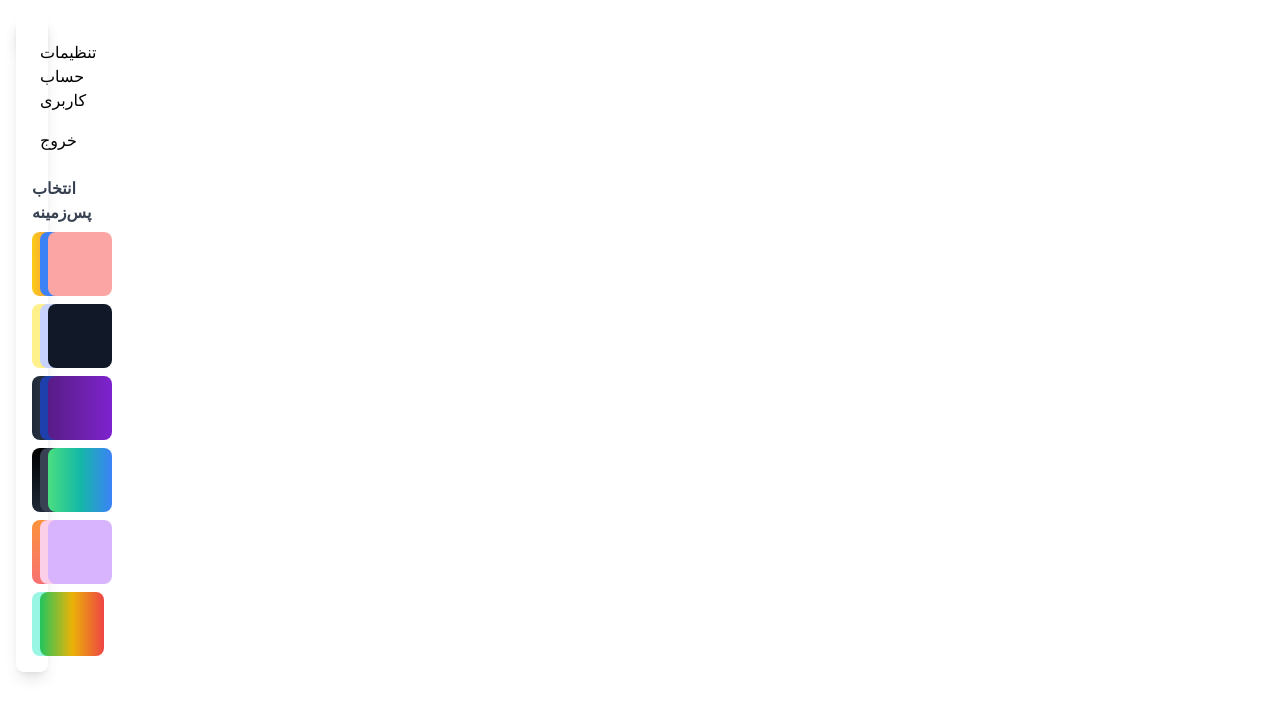
Repository: spnovaa/work-hive
Page: / (app in front_end/), after clicking the first element matching `div.z-0`
An editor plug-in stored every save of this project. The page is shown before and after the next save, followed by the edit.
The browser window is 1280 px wide. The pictures show the whole page.
The project was rebuilt for these pictures with package versions that can differ from the ones it lists, and the page was loaded fresh each time. Also part of the build but not shown: front_end/src/api/auth.js, front_end/src/pages/login.jsx, front_end/src/pages/registration.jsx.

Above is the page before, as saved 2025-01-16 15:25:45.

### front_end/src/index.js
import React from 'react';
import ReactDOM from 'react-dom/client'; // Import from 'react-dom/client' for React 18+
import './styles/globals.css';
import App from './App';

// Create a root element for rendering the React application
const root = ReactDOM.createRoot(document.getElementById('root'));

// Use the new `render` method for React 18+
root.render(
  <React.StrictMode>
    <App />
  </React.StrictMode>
);

### front_end/src/App.jsx
import React from 'react';
import { BrowserRouter as Router, Routes, Route } from 'react-router-dom';
import Login from './pages/login';
import Registration from './pages/registration';
import Home from './pages/home';

function App() {
  return (
    <Router>
      <Routes>
        <Route path="/login" element={<Login />} />
        <Route path="/register" element={<Registration />} />
        <Route path="/" element = {<Home/>}/>
      </Routes>
    </Router>
  );
}

export default App;

### front_end/src/pages/home.jsx
import React, { useState } from 'react';
import ProfileSection from '../components/profile/profileSection';

function Home() {
  const [background, setBackground] = useState('bg-white');
  const handleBackgroundChange = (bg) => {
    setBackground(bg);
  };
  return (
    <div className={`h-screen ${background} p-4`}>
      <div className="absolute top-4 left-4">
        <ProfileSection
          name="عطا موثقی"
          greeting="ظهر بخیر!"
          date="پنج‌شنبه ۲۷ دی"
          onBackgroundChange={handleBackgroundChange}
        />
      </div>
    </div>
  );
}

export default Home;

### front_end/src/components/profile/profileSection.jsx
import React, { useState, useEffect, useRef } from 'react';
import ProfileDropdown from './dropdown.jsx';

const ProfileSection = ({ name, greeting, date, onBackgroundChange }) => {
  const [isDropdownOpen, setIsDropdownOpen] = useState(false);
  const dropdownRef = useRef(null);

  const toggleDropdown = () => {
    setIsDropdownOpen((prev) => !prev);
  };

  // Close dropdown when clicking outside
  useEffect(() => {
    const handleClickOutside = (event) => {
      if (dropdownRef.current && !dropdownRef.current.contains(event.target)) {
        setIsDropdownOpen(false);
      }
    };

    document.addEventListener('mousedown', handleClickOutside);
    return () => {
      document.removeEventListener('mousedown', handleClickOutside);
    };
  }, []);

  return (
    <div className="relative">
  {/* Profile Section */}
  <div
    className={`relative z-0 p-4 bg-gradient-to-r from-blue-100 to-blue-200 rounded-lg shadow-md max-w-xs cursor-pointer ${
      isDropdownOpen ? 'hidden' : ''
    }`}
    onClick={toggleDropdown}
  >
    <div className="flex flex-col items-center">
      <div className="bg-gray-300 w-24 h-24 rounded-full flex items-center justify-center mb-4">
        <svg
          xmlns="http://www.w3.org/2000/svg"
          className="h-12 w-12 text-gray-500"
          fill="none"
          viewBox="0 0 24 24"
          stroke="currentColor"
        >
          <path
            strokeLinecap="round"
            strokeLinejoin="round"
            strokeWidth="2"
            d="M12 12c2.21 0 4-1.79 4-4s-1.79-4-4-4-4 1.79-4 4 1.79 4 4 4zM12 14c-4.418 0-8 1.79-8 4m8-4c4.418 0 8 1.79 8 4m-8-4v4"
          />
        </svg>
      </div>
      <h2 className="text-lg font-semibold text-gray-700">{name}</h2>
      <p className="text-sm text-gray-600 mt-1">{greeting}</p>
      <p className="text-sm text-gray-500 mt-1">{date}</p>
    </div>
  </div>

  {/* Dropdown */}
  {isDropdownOpen && (
    <div
      ref={dropdownRef}
      className="absolute top-0 left-0 z-10 bg-white rounded-lg shadow-lg p-4 w-full"
    >
      <ProfileDropdown onBackgroundChange={onBackgroundChange} />
    </div>
  )}
</div>

  );
};

export default ProfileSection;

### front_end/src/components/profile/dropdown.jsx
import React, { useState } from 'react';
import { useNavigate } from 'react-router-dom';
const ProfileDropdown  = ({  onBackgroundChange }) => {
  const [isOpen, setIsOpen] = useState(true);
  const [selectedBackground, setSelectedBackground] = useState(null);
  const navigate = useNavigate();
  const handleLogout = () => {
    localStorage.removeItem('authToken');
    localStorage.removeItem('userInfo');
    sessionStorage.clear();
    document.cookie = 'session=; expires=Thu, 01 Jan 2012 00:00:00 UTC; path=/;';
    navigate('/login');
  };
  const backgrounds = [
    'bg-gradient-to-r from-yellow-400 via-red-400 to-pink-400',
    'bg-blue-500',
    'bg-red-300',
    'bg-yellow-200',
    'bg-indigo-200',

    // Dark mode
    'bg-gray-900',
    'bg-gradient-to-r from-gray-800 via-gray-700 to-gray-600',
    'bg-gradient-to-r from-blue-800 to-blue-900',
    'bg-gradient-to-r from-purple-900 via-purple-800 to-purple-700',
    'bg-gradient-to-b from-black to-gray-800',
    'bg-gray-700',
    //gradiant
    'bg-gradient-to-r from-green-400 via-teal-500 to-blue-500',
    'bg-gradient-to-b from-orange-400 to-red-400',
    'bg-pink-200',
    'bg-purple-300',
    'bg-teal-200',
    'bg-gradient-to-l from-red-500 via-yellow-500 to-green-500',

  ];

  const toggleDropdown = () => {
    setIsOpen(!isOpen);
  };

  const handleBackgroundChange = (bg) => {
    setSelectedBackground(bg);
    onBackgroundChange(bg);
    toggleDropdown()
  };

  return (
    <div
  onClick={(e) => e.stopPropagation()}
  className="absolute top-0 left-0 z-20 bg-white rounded-lg shadow-lg w-full p-4"
>
  <div
    className="flex items-center justify-between p-2 cursor-pointer hover:bg-gray-100 rounded"
    onClick={() => alert('Account Settings Clicked')}
  >
    <span>تنظیمات حساب کاربری</span>
    <svg
      xmlns="http://www.w3.org/2000/svg"
      className="h-6 w-6 text-gray-600"
      fill="none"
      viewBox="0 0 24 24"
      stroke="currentColor"
    >
      <path
        strokeLinecap="round"
        strokeLinejoin="round"
        strokeWidth="2"
        d="M12 15.5a3.5 3.5 0 100-7 3.5 3.5 0 000 7zM19.4 15a1.77 1.77 0 00.32 1.8l.05.06a2 2 0 11-2.83 2.83l-.06-.05a1.77 1.77 0 00-1.8-.32 1.77 1.77 0 00-1.05 1.61V21a2 2 0 01-4 0v-.13a1.77 1.77 0 00-1.61-1.05 1.77 1.77 0 00-1.8.32l-.06.05a2 2 0 11-2.83-2.83l.05-.06a1.77 1.77 0 00.32-1.8 1.77 1.77 0 00-1.61-1.05H3a2 2 0 010-4h.13a1.77 1.77 0 001.61-1.05 1.77 1.77 0 00-.32-1.8l-.05-.06a2 2 0 112.83-2.83l.06.05a1.77 1.77 0 001.8.32H9a1.77 1.77 0 001.05-1.61V3a2 2 0 014 0v.13a1.77 1.77 0 001.05 1.61 1.77 1.77 0 001.8-.32l.06-.05a2 2 0 112.83 2.83l-.05.06a1.77 1.77 0 00-.32 1.8V9a1.77 1.77 0 001.61 1.05H21a2 2 0 010 4h-.13a1.77 1.77 0 00-1.61 1.05z"
      />
    </svg>
  </div>

  {/* Logout */}
  <div
    className="flex items-center justify-between p-2 cursor-pointer hover:bg-gray-100 rounded"
    onClick={handleLogout}
  >
    <span>خروج</span>
    <svg
      xmlns="http://www.w3.org/2000/svg"
      className="h-6 w-6 text-red-600"
      fill="none"
      viewBox="0 0 24 24"
      stroke="currentColor"
    >
      <path
        strokeLinecap="round"
        strokeLinejoin="round"
        strokeWidth="2"
        d="M17 16l4-4m0 0l-4-4m4 4H7m6 4v1a2 2 0 01-2 2H5a2 2 0 01-2-2V7a2 2 0 012-2h6a2 2 0 012 2v1"
      />
    </svg>
  </div>

  {/* Background Options */}
  <div className="mt-4">
    <span className="text-gray-700 font-semibold">انتخاب پس‌زمینه</span>
    <div className="grid grid-cols-3 gap-2 mt-2">
      {backgrounds.map((bg, index) => (
        <div
          key={index}
          className={`w-16 h-16 rounded-lg cursor-pointer ${bg} ${
            selectedBackground === bg ? 'ring-2 ring-blue-500' : ''
          }`}
          onClick={() => handleBackgroundChange(bg)}
        ></div>
      ))}
    </div>
  </div>
</div>

  );
};

export default ProfileDropdown;

Loaded but not shown: front_end/public/index.html (common file); front_end/src/styles/globals.css (common file); front_end/tailwind.config.js (common file)

After the next save:
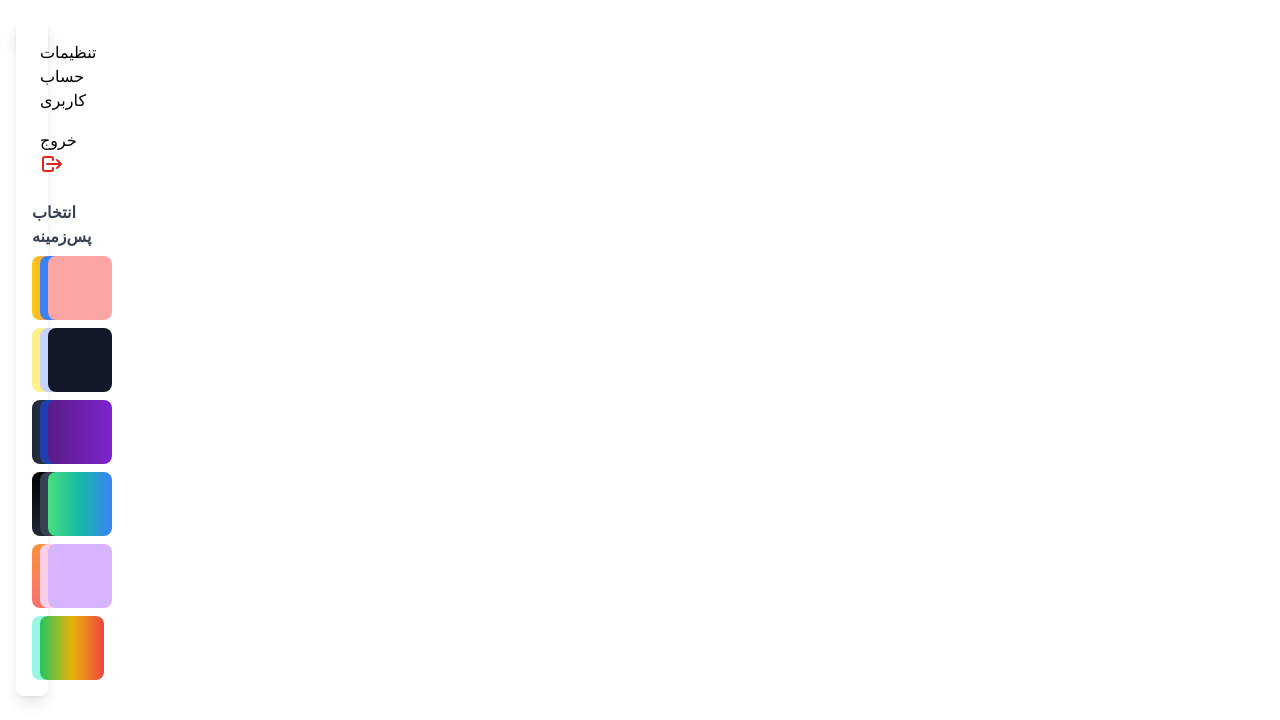
Saved 35 s later.
--- a/front_end/src/components/profile/dropdown.jsx
+++ b/front_end/src/components/profile/dropdown.jsx
@@ -73,7 +73,7 @@ const ProfileDropdown  = ({  onBackgroundChange }) => {
 
   {/* Logout */}
   <div
-    className="flex items-center justify-between p-2 cursor-pointer hover:bg-gray-100 rounded"
+    className="block items-center justify-between p-2 cursor-pointer hover:bg-gray-100 rounded"
     onClick={handleLogout}
   >
     <span>خروج</span>
